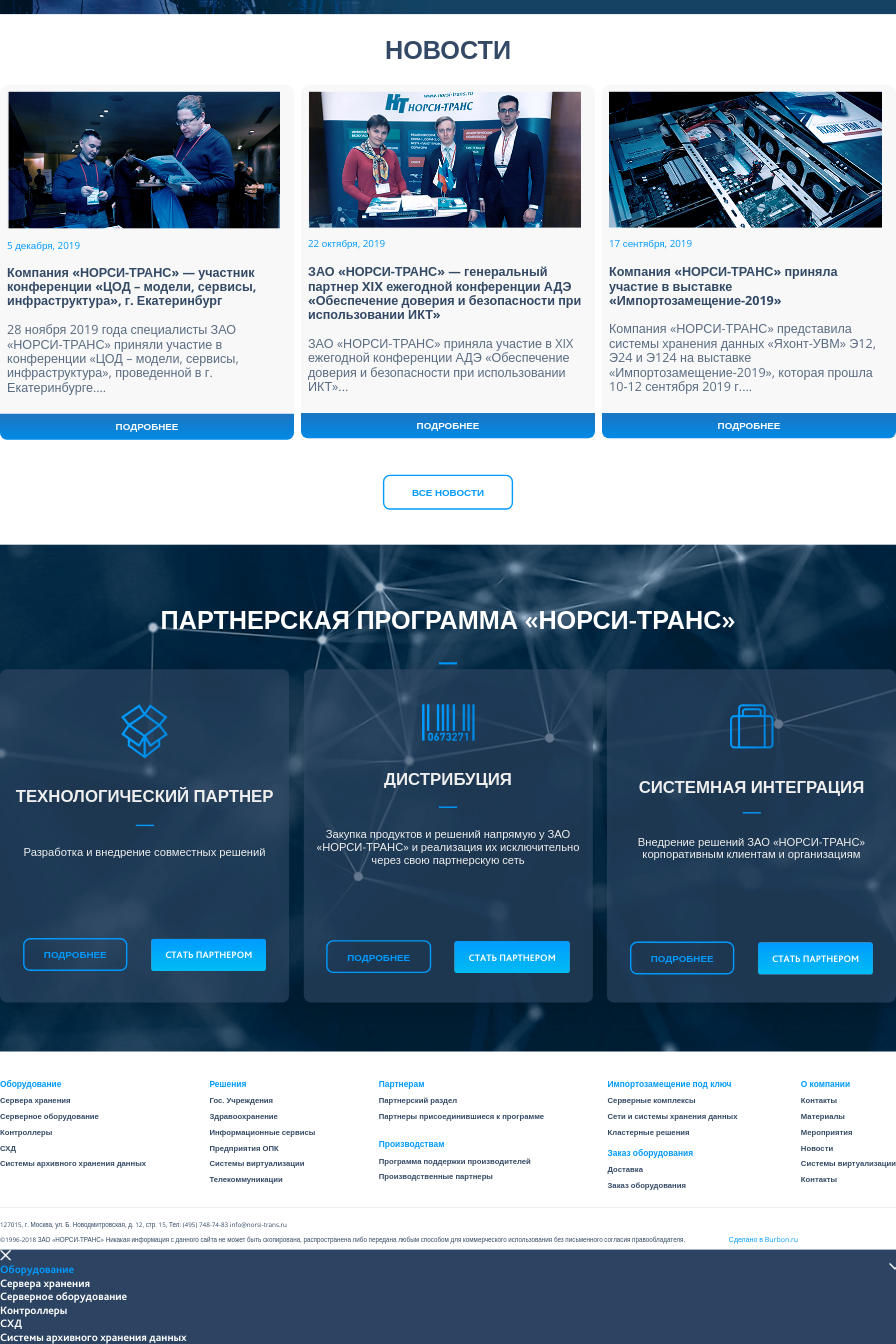
Repository: frostnn/testTaskBurbon
Page: app/index.html
The author's editor kept a copy of each file at every save. The page is drawn from the files as they stood at one save, then again after the next save.
The browser window is 1280 px wide. The pictures show the part of the page from y = 1563 to 3483 px (the page is 3483 px tall before and 3479 px after), at 70% of full size.
The style sheet was rebuilt from its Sass, Less or Tailwind sources for each picture, by a compiler version that may differ from the author's.

Above is the page before, as saved 2020-07-17 09:08:13.

After the next save:
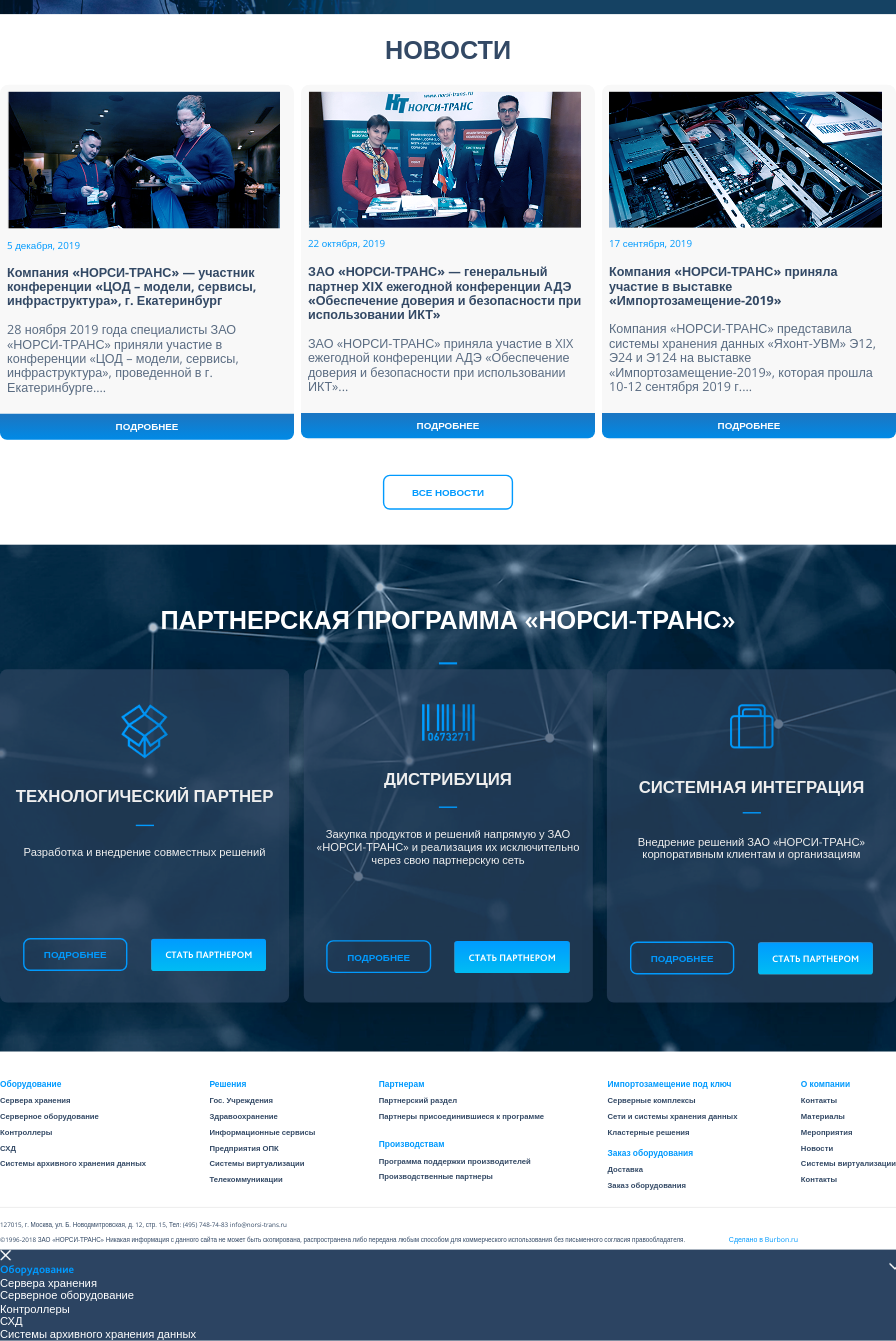
Saved 7 s later.
--- a/app/scss/style.scss
+++ b/app/scss/style.scss
@@ -508,7 +508,6 @@
 }
 .mobile-nav_item-link {
   font-size: 16px;
-  font-family: 'Bliss Pro Bold';
   font-weight: 400;
   color: $white;
 }
